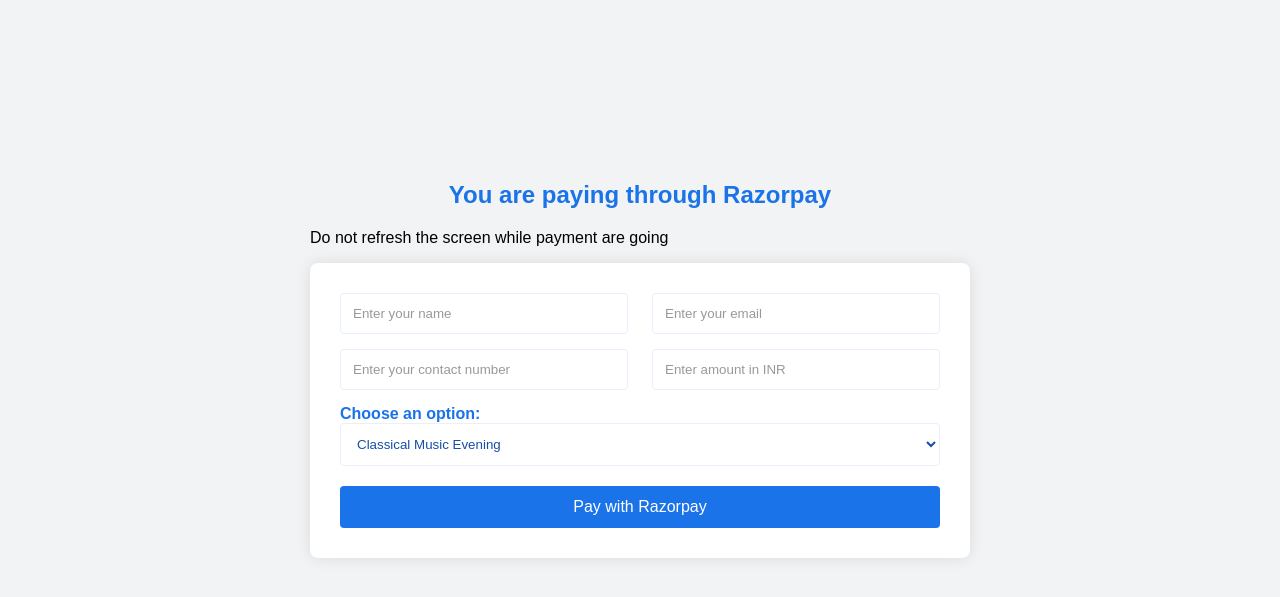
Repository: SharonSebastian32/razorpaypaymentgateway_implementation
Page: bookEventpage.html
These files come from the project's save history. The page is drawn as it stood at one moment and after the next save; the edit follows.
The browser window is 1280 px wide. The pictures show the whole page.

Above is the page before, as saved 2024-08-09 07:13:07.

### bookEventpage.html
<!DOCTYPE html>
<html lang="en">
  <head>
    <meta charset="UTF-8" />
    <meta name="viewport" content="width=device-width, initial-scale=1.0" />
    <title>Razorpay Payment gateway</title>

    <style>
      :root {
        --primary-blue: #1a73e8;
        --light-blue: #e8f0fe;
        --dark-blue: #174ea6;
        --white: #ffffff;
        --light-gray: #f1f3f4;
      }

      body {
        font-family: Arial, sans-serif;
        background-color: var(--light-gray);
        display: flex;
        justify-content: center;
        align-items: center;
        height: 100vh;
        margin: 0;
      }

      h2 {
        text-align: center;
        color: var(--primary-blue);
        margin-bottom: 20px;
      }

      #paymentForm {
        background-color: var(--white);
        padding: 30px;
        border-radius: 8px;
        box-shadow: 0 0 15px rgba(0, 0, 0, 0.1);
        width: 600px;
      }

      .form-row {
        display: flex;
        justify-content: space-between;
        margin-bottom: 15px;
      }

      .form-group {
        flex: 0 0 48%;
      }

      input,
      select {
        width: 100%;
        padding: 12px;
        border: 1px solid var(--light-blue);
        border-radius: 4px;
        box-sizing: border-box;
        background-color: var(--white);
        color: var(--dark-blue);
        transition: border-color 0.3s ease;
      }

      input:focus,
      select:focus {
        outline: none;
        border-color: var(--primary-blue);
      }

      input::placeholder {
        color: #999;
      }

      label {
        display: block;
        margin-top: 15px;
        color: var(--primary-blue);
        font-weight: bold;
      }

      #rzp-button1 {
        width: 100%;
        padding: 12px;
        background-color: var(--primary-blue);
        color: var(--white);
        border: none;
        border-radius: 4px;
        cursor: pointer;
        font-size: 16px;
        margin-top: 20px;
        transition: background-color 0.3s ease;
      }

      #rzp-button1:hover {
        background-color: var(--dark-blue);
      }
    </style>
  </head>
  <body>
    <div>
      <h2>You are paying through Razorpay</h2>
      <p>Do not refresh the screen while payment are going</p>

      <form id="paymentForm">
        <div class="form-row">
          <div class="form-group">
            <input
              type="text"
              id="name"
              placeholder="Enter your name"
              required
            />
          </div>
          <div class="form-group">
            <input
              type="email"
              id="email"
              placeholder="Enter your email"
              required
            />
          </div>
        </div>
        <div class="form-row">
          <div class="form-group">
            <input
              type="text"
              id="contact"
              placeholder="Enter your contact number"
              required
            />
          </div>
          <div class="form-group">
            <input
              type="text"
              id="amount"
              placeholder="Enter amount in INR"
              required
            />
          </div>
        </div>
        <label for="choices">Choose an option:</label>
        <select id="choices" name="choices">
          <!-- Options will be dynamically generated here -->
        </select>
        <button id="rzp-button1" type="submit">Pay with Razorpay</button>
      </form>
    </div>

    <!--------------------------paymentGatewayScripts--------------->
    <script src="./Script/paymentGateway.js"></script>

    <!--------------------------razorpayScript ---------------------->
    <script src="https://checkout.razorpay.com/v1/checkout.js"></script>
  </body>
</html>

### Script/paymentGateway.js
document.getElementById("paymentForm").addEventListener("submit", function (e) {
  e.preventDefault();
  var name = document.getElementById("name").value;
  var email = document.getElementById("email").value;
  var contact = document.getElementById("contact").value;
  var amount = document.getElementById("amount").value * 100;
  // Convert amount to paise

  var options = {
    key: "rzp_test_gCzBTQcb92KH3e", // Enter the Key ID generated from the Dashboard
    amount: amount.toString(), // Amount in currency subunits (100 paise = 1 INR)
    currency: "INR",
    name: "Ozwalz Events",
    description: "Thank You for booking event with Ozwalz Events",
    image: "./assets/images/logo.png",

    handler: function (response) {
      // Handle the response from Razorpay after payment
      // You can redirect to another page or save the response to your database
    },
    prefill: {
      name: name,
      email: email,
      contact: contact,
    },
    notes: {
      description: "Thank You for booking event with Ozwalz Events",
    },
    theme: {
      color: "#red",
    },
  };

  var rzp1 = new Razorpay(options);
  rzp1.open();
});

// API FOR FETCHING EVENTNAME

let eventData;

fetch("./JSON/event.json")
  .then((response) => response.json())
  .then((data) => {
    eventData = data;

    // Populate the select element with event names
    const selectElement = document.getElementById("choices");
    data.forEach((event) => {
      const option = document.createElement("option");
      option.value = event.id;
      option.text = event.eventName;
      selectElement.add(option);
    });

    // Add event listener to the select element
    selectElement.addEventListener("change", updatePriceInput);
  })
  .catch((error) => console.error("Error:", error));

function updatePriceInput() {
  const selectedEventId = document.getElementById("choices").value;
  const selectedEvent = eventData.find((event) => event.id === selectedEventId);

  if (selectedEvent) {
    document.getElementById("amount").value = selectedEvent.price.basePrice;
  } else {
    document.getElementById("amount").value = "";
  }
}

Loaded but not shown: JSON/event.json (899 lines, source omitted)

After the next save:
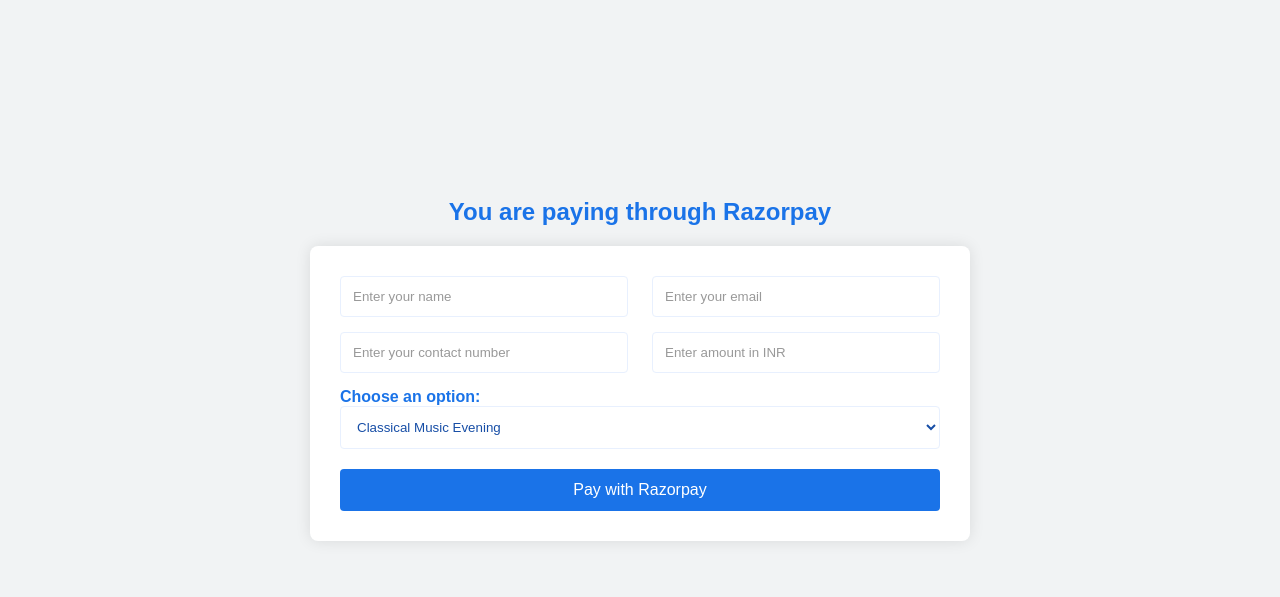
Saved 22 s later.
--- a/bookEventpage.html
+++ b/bookEventpage.html
@@ -98,7 +98,6 @@
   <body>
     <div>
       <h2>You are paying through Razorpay</h2>
-      <p>Do not refresh the screen while payment are going</p>
 
       <form id="paymentForm">
         <div class="form-row">
